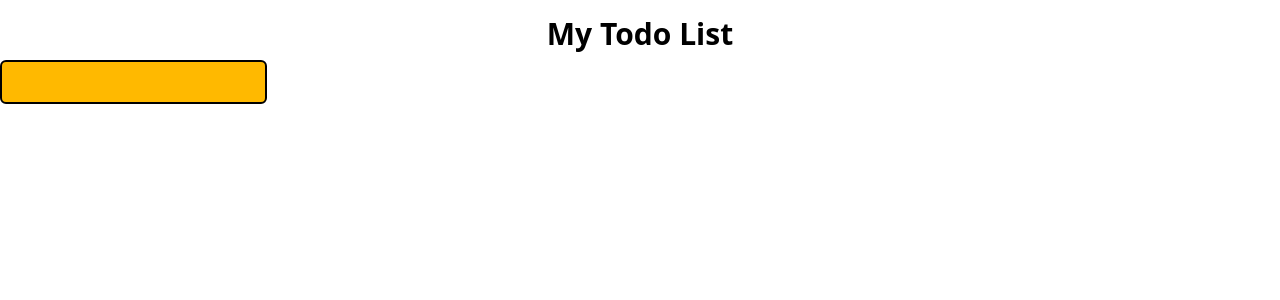
Repository: vgor15/todo-list
Page: /
The author's editor kept a copy of each file at every save. The page is drawn from the files as they stood at one save, then again after the next save.
The browser window is 1280 px wide. The pictures show the whole page.
The project was rebuilt for these pictures with package versions that can differ from the ones it lists, and the page was loaded fresh each time. The framework's server and built-in components were replaced by stand-ins that run in the browser. Also part of the build but not shown: next.config.js, next.config.mjs.

Above is the page before, as saved 2025-03-05 00:00:49.

### app/layout.js
import { Geist, Geist_Mono } from "next/font/google";
import "./globals.css";

const geistSans = Geist({
  variable: "--font-geist-sans",
  subsets: ["latin"],
});

const geistMono = Geist_Mono({
  variable: "--font-geist-mono",
  subsets: ["latin"],
});

export const metadata = {
  title: "Todo List",
  description: "Todo List created by Vyom-Gor",
};

export default function RootLayout({ children }) {
  return (
    <html lang="en">
      <body
        className={`${geistSans.variable} ${geistMono.variable} antialiased`}
      >
        {children}
      </body>
    </html>
  );
}

### app/page.js
import React from "react";

const page = () => {
  return (
    <>
      <h1 className="text-3xl font-bold text-center mt-4 mb-2">My Todo List</h1>
      <form>
        <input
          className="border-2 bg-amber-400 px-4 py-2 rounded-md outline-none focus:ring-2 focus:ring-amber-500"
          type="text"
          name=""
          id=""
        />
      </form>
    </>
  );
};

export default page;

Loaded but not shown: app/globals.css (common file)

After the next save:
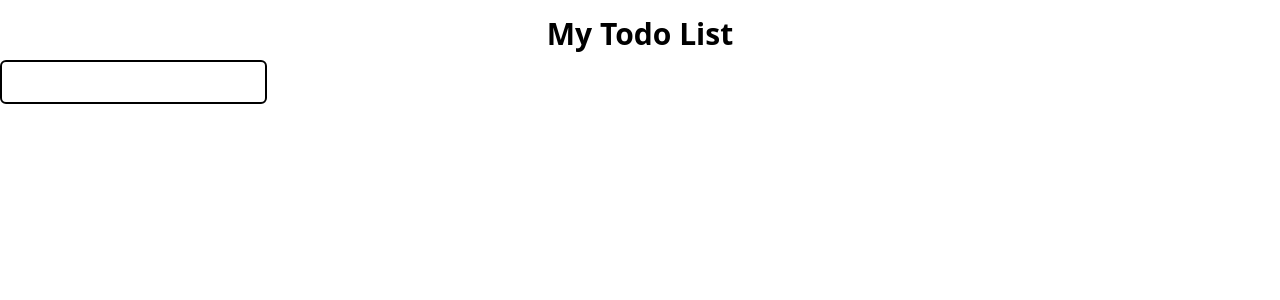
Saved 7 s later.
--- a/app/page.js
+++ b/app/page.js
@@ -6,7 +6,7 @@ const page = () => {
       <h1 className="text-3xl font-bold text-center mt-4 mb-2">My Todo List</h1>
       <form>
         <input
-          className="border-2 bg-amber-400 px-4 py-2 rounded-md outline-none focus:ring-2 focus:ring-amber-500"
+          className="border-2 px-4 py-2 rounded-md outline-none focus:ring-2 focus:ring-amber-500"
           type="text"
           name=""
           id=""
